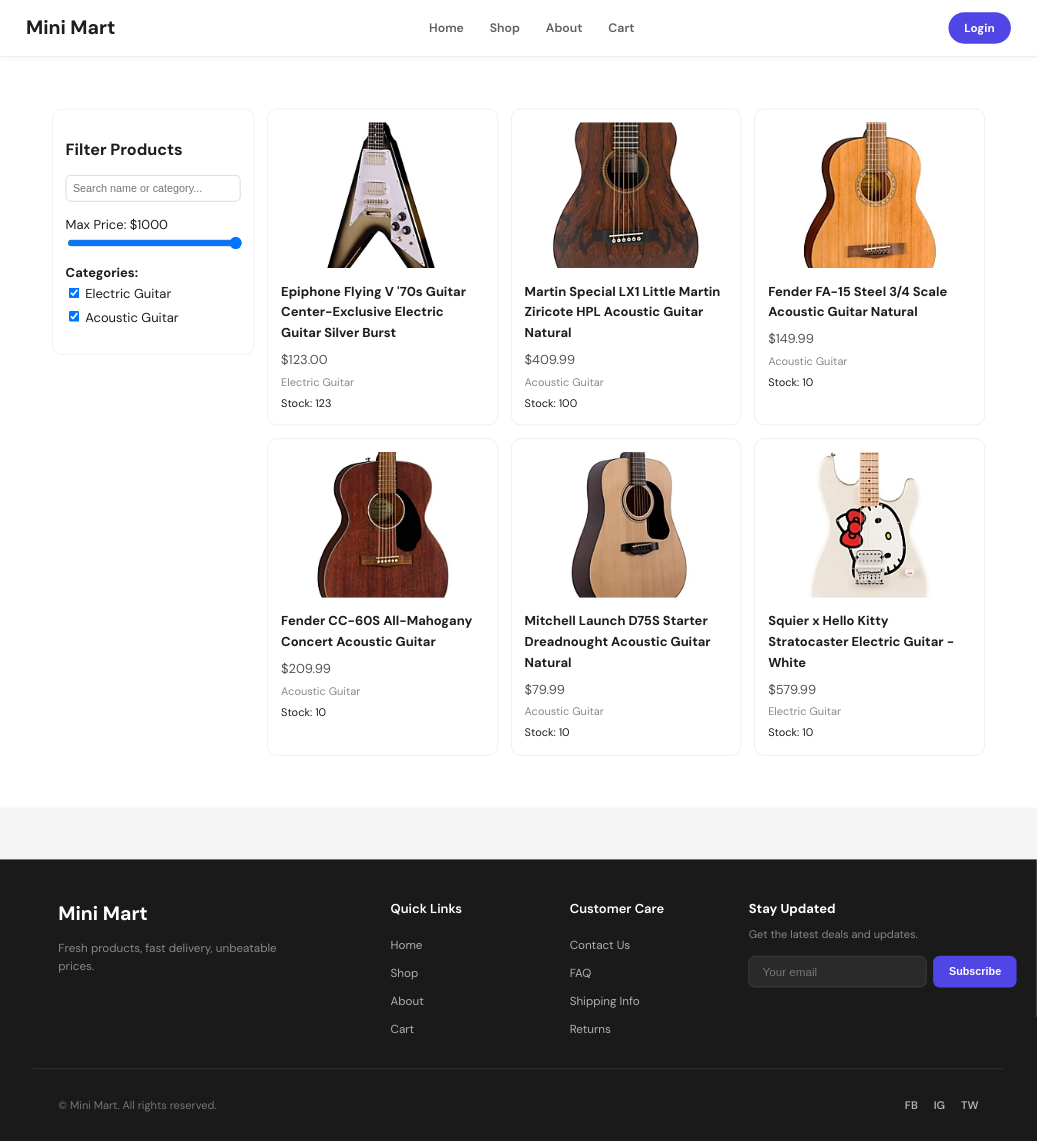
Repository: rywkoo/guitar-mart
Page: http://localhost/shop
An editor plug-in stored every save of this project. The page is shown before and after the next save, followed by the edit.
The browser window is 1280 px wide. The pictures show the whole page, at 81% of full size.
The page is served by the project's application, run on Flask 3 (app.py). Other server files are loaded and not shown. The page reads the database file committed with the project.

Above is the page before, as saved 2025-11-14 17:37:02.

### templates/shop.html
{% extends "base.html" %}
{% block title %}Shop{% endblock %}

{% block content %}
<div style="display:flex; gap:1rem; padding:2rem;">

  <!-- Sidebar -->
  <aside id="sidebar" style="width:250px; position:sticky; top:2rem; border:1px solid #e9ecef; padding:1rem; border-radius:12px; background:#fff; height:max-content;">
    <h2 style="font-size:1.25rem; margin-bottom:1rem;">Filter Products</h2>

    <!-- Search -->
    <input type="text" id="searchInput" placeholder="Search name or category..."
           style="width:100%; padding:.5rem; margin-bottom:1rem; border:1px solid #ced4da; border-radius:6px;">

    <!-- Price -->
    <label>Max Price: <span id="priceValue"></span></label>
    <input type="range" id="priceSlider" min="0" max="1000" step="1" value="1000" style="width:100%; margin-bottom:1rem;">

    <!-- Categories -->
    <div id="categoryFilters" style="margin-bottom:1rem;">
      <strong>Categories:</strong><br>
      <!-- dynamically filled -->
    </div>
  </aside>

  <!-- Product Grid -->
  <div id="productGrid" style="flex:1; display:grid; grid-template-columns:repeat(auto-fill,minmax(220px,1fr)); gap:1rem;">
    <!-- Product cards inserted here by JS -->
  </div>

</div>

{% endblock %}

{% block scripts %}
<script>
// ---------- GLOBALS ----------
let allProducts = [];
let allCategories = [];

// ---------- FETCH PRODUCTS ----------
async function fetchProducts() {
  const res = await fetch('/api/products');
  allProducts = await res.json();
  renderCategories();
  renderProducts();
}

// ---------- RENDER CATEGORY CHECKBOXES ----------
function renderCategories() {
  const container = document.getElementById('categoryFilters');
  const categoryMap = {};
  allProducts.forEach(p => {
    if (p.category_id && !categoryMap[p.category_id]) {
      categoryMap[p.category_id] = p.category_name;
    }
  });
  allCategories = Object.entries(categoryMap); // [[id, name], ...]

  container.innerHTML = '<strong>Categories:</strong><br>';
  allCategories.forEach(([id,name]) => {
    const idSafe = `cat-${id}`;
    container.innerHTML += `
      <label style="display:block; margin-bottom:.25rem;">
        <input type="checkbox" value="${id}" class="categoryCheckbox" checked> ${name}
      </label>
    `;
  });
}

// ---------- RENDER PRODUCTS ----------
function renderProducts() {
  const grid = document.getElementById('productGrid');
  const searchQuery = document.getElementById('searchInput').value.toLowerCase();
  const maxPrice = parseFloat(document.getElementById('priceSlider').value);
  const checkedCategories = Array.from(document.querySelectorAll('.categoryCheckbox:checked'))
                                 .map(c => parseInt(c.value));

  grid.innerHTML = '';

  allProducts.forEach(p => {
    const matchesSearch = p.name.toLowerCase().includes(searchQuery) ||
                          (p.category_name && p.category_name.toLowerCase().includes(searchQuery));
    const matchesPrice = p.price <= maxPrice;
    const matchesCategory = checkedCategories.length === 0 || checkedCategories.includes(p.category_id);

    if (matchesSearch && matchesPrice && matchesCategory) {
      const img = p.image ? `<img src="/static/images/${p.image}" style="width:100%;height:180px;object-fit:cover;border-radius:8px;margin-bottom:.5rem;">` : '';
      grid.innerHTML += `
        <div style="border:1px solid #e9ecef; border-radius:12px; padding:1rem; background:#fff;">
          ${img}
          <h3 style="font-size:1rem; margin:0 0 .5rem;">${p.name}</h3>
          <p style="margin:0 0 .25rem; color:#555;">$${p.price.toFixed(2)}</p>
          <p style="margin:0 0 .25rem; font-size:0.85rem; color:#888;">${p.category_name || 'No category'}</p>
          <p style="margin:0; font-size:0.85rem;">Stock: ${p.stock}</p>
        </div>
      `;
    }
  });
}

// ---------- EVENT LISTENERS ----------
document.getElementById('searchInput').addEventListener('input', renderProducts);
document.getElementById('priceSlider').addEventListener('input', () => {
  document.getElementById('priceValue').textContent = '$' + document.getElementById('priceSlider').value;
  renderProducts();
});
document.addEventListener('change', e => {
  if (e.target.classList.contains('categoryCheckbox')) renderProducts();
});

// ---------- INIT ----------
document.addEventListener('DOMContentLoaded', () => {
  document.getElementById('priceValue').textContent = '$' + document.getElementById('priceSlider').value;
  fetchProducts();
});
</script>
{% endblock %}

### app.py
# app.py
from flask import Flask, render_template
from extensions import db, migrate, jwt, mail
from config import Config
import os
from flask_cors import CORS

# Import blueprints
from routes.auth import auth_bp
from routes.products import products_bp
from routes.categories import categories_bp
from routes.cart import cart_bp
from routes.invoices import invoices_bp
from routes.admin import admin_bp
from routes.reset import reset_bp

app = Flask(__name__)
app.config.from_object(Config)
CORS(app)
# Ensure UPLOAD_FOLDER exists
app.config['UPLOAD_FOLDER'] = os.path.join(app.root_path, 'static', 'images')
os.makedirs(app.config['UPLOAD_FOLDER'], exist_ok=True)

# Initialize extensions
db.init_app(app)
migrate.init_app(app, db)
jwt.init_app(app)
mail.init_app(app)

# Register blueprints
app.register_blueprint(auth_bp, url_prefix="/api/auth")          # /api/auth/login
app.register_blueprint(categories_bp, url_prefix="/api/categories")
app.register_blueprint(cart_bp, url_prefix="/api/cart")
app.register_blueprint(invoices_bp, url_prefix="/api/invoices")
app.register_blueprint(admin_bp)                                 # /admin/dashboard
app.register_blueprint(reset_bp, url_prefix="/api/reset")
app.register_blueprint(products_bp)                              # <-- Public API /api/products

# Pages
@app.route("/")
def home_page():
    return render_template("home.html")

@app.route("/test-product")
def test_product():
    return render_template("test_product.html")

@app.route("/register-page")
def register_page():
    return render_template("register.html")

@app.route("/login")
def login_page():
    return render_template("login.html")

@app.route("/shop")
def shop():
    return render_template("shop.html")

@app.route("/admin/dashboard")
def dashboard_page():
    return render_template("admin/dashboard.html")  # JS will protect

@app.route("/reset-password")
def reset_password_page():
    return render_template("reset_password.html")

if __name__ == "__main__":
    app.run(debug=True)

### routes/products.py
# routes/products.py
from flask import Blueprint, jsonify, current_app
from models import Product, db
from werkzeug.utils import secure_filename
import os

products_bp = Blueprint("products", __name__, url_prefix="/api")

# Helper to save uploaded image
def save_image(image_file):
    if not image_file or not image_file.filename:
        return None
    filename = secure_filename(image_file.filename)
    filepath = os.path.join(current_app.config['UPLOAD_FOLDER'], filename)
    os.makedirs(os.path.dirname(filepath), exist_ok=True)
    image_file.save(filepath)
    return filename

# 1️⃣ GET all products (public)
@products_bp.route("/products", methods=["GET"], strict_slashes=False)
def get_all_products():
    products = Product.query.order_by(Product.id.desc()).all()
    return jsonify([
        {
            "id": p.id,
            "name": p.name,
            "price": float(p.price),
            "stock": p.stock,
            "category_id": p.category_id,
            "category_name": p.category.name if p.category else None,
            "image": p.image
        } for p in products
    ]), 200

# 2️⃣ GET single product (public)
@products_bp.route("/products/<int:product_id>", methods=["GET"], strict_slashes=False)
def get_product(product_id):
    p = Product.query.get_or_404(product_id)
    return jsonify({
        "id": p.id,
        "name": p.name,
        "price": float(p.price),
        "stock": p.stock,
        "category_id": p.category_id,
        "category_name": p.category.name if p.category else None,
        "image": p.image
    }), 200

### instance/mini_mart.db (the tables this page reads, as SQL)
CREATE TABLE category (
	id INTEGER NOT NULL, 
	name VARCHAR(100) NOT NULL, 
	description TEXT, 
	PRIMARY KEY (id), 
	UNIQUE (name)
);
INSERT INTO "category" VALUES
(1, 'Electric Guitar', 'Guitar'),
(2, 'Acoustic Guitar', 'asdfasdf');

CREATE TABLE product (
	id INTEGER NOT NULL, 
	name VARCHAR(100) NOT NULL, 
	price FLOAT NOT NULL, 
	stock INTEGER NOT NULL, 
	image VARCHAR(100), 
	category_id INTEGER NOT NULL, 
	PRIMARY KEY (id), 
	FOREIGN KEY(category_id) REFERENCES category (id)
);
INSERT INTO "product" VALUES
(2, 'Gibson Noel Gallagher Les Paul Standard Electric Guitar - Ebony', 2999.0, 10, 'M22580000001000-00-264x264.webp', 1),
(3, ' Squier x Hello Kitty Stratocaster Electric Guitar - White', 579.99, 10, 'M15190000002000-00-264x264.webp', 1),
(4, 'Gibson Les Paul Special Double-Cut Electric Guitar - TV Yellow', 1999.0, 10, 'M19488000001000-00-264x264.webp', 1),
(5, 'Mitchell Launch D75S Starter Dreadnought Acoustic Guitar Natural', 79.99, 10, 'M19758000001000-00-264x264.webp', 2),
(6, ' Fender CC-60S All-Mahogany Concert Acoustic Guitar', 209.99, 10, 'L84142000001000-00-264x264.webp', 2),
(7, ' Fender FA-15 Steel 3/4 Scale Acoustic Guitar Natural', 149.99, 10, 'L83870000001000-00-264x264.webp', 2),
(8, ' Martin Special LX1 Little Martin Ziricote HPL Acoustic Guitar Natural', 409.99, 100, 'M13884000001000-00-264x264.webp', 2),
(9, 'Epiphone Flying V ''70s Guitar Center-Exclusive Electric Guitar Silver Burst', 123.0, 123, 'M14333000001000-00-264x264.webp', 1);

Loaded but not shown: templates/base.html (611 lines, source omitted)

After the next save:
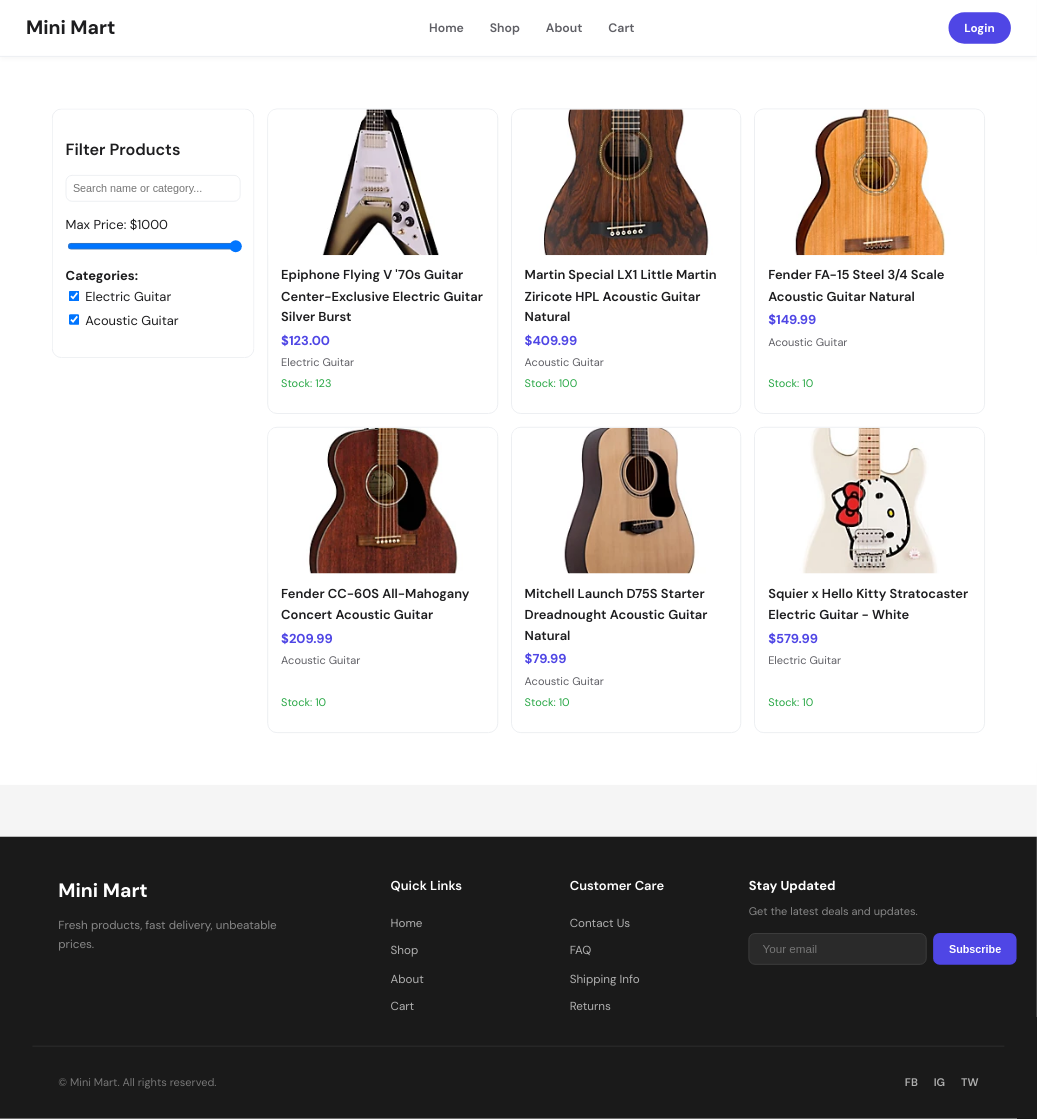
Saved 4 s later.
--- a/templates/shop.html
+++ b/templates/shop.html
@@ -2,18 +2,18 @@
 {% block title %}Shop{% endblock %}
 
 {% block content %}
-<div style="display:flex; gap:1rem; padding:2rem;">
+<div style="display:flex; gap:1rem; padding:2rem; flex-wrap:wrap;">
 
   <!-- Sidebar -->
-  <aside id="sidebar" style="width:250px; position:sticky; top:2rem; border:1px solid #e9ecef; padding:1rem; border-radius:12px; background:#fff; height:max-content;">
-    <h2 style="font-size:1.25rem; margin-bottom:1rem;">Filter Products</h2>
+  <aside id="sidebar" style="width:250px; position:sticky; top:calc(var(--navbar-height) + 1rem); border:1px solid var(--color-border); padding:1rem; border-radius:var(--radius-md); background:var(--color-bg); height:max-content;">
+    <h2 style="font-size:1.25rem; margin-bottom:1rem; font-weight:600;">Filter Products</h2>
 
     <!-- Search -->
     <input type="text" id="searchInput" placeholder="Search name or category..."
-           style="width:100%; padding:.5rem; margin-bottom:1rem; border:1px solid #ced4da; border-radius:6px;">
+           style="width:100%; padding:.5rem; margin-bottom:1rem; border:1px solid var(--color-border); border-radius:var(--radius-sm);">
 
     <!-- Price -->
-    <label>Max Price: <span id="priceValue"></span></label>
+    <label style="display:block; margin-bottom:.25rem;">Max Price: <span id="priceValue"></span></label>
     <input type="range" id="priceSlider" min="0" max="1000" step="1" value="1000" style="width:100%; margin-bottom:1rem;">
 
     <!-- Categories -->
@@ -29,7 +29,6 @@
   </div>
 
 </div>
-
 {% endblock %}
 
 {% block scripts %}
@@ -59,7 +58,6 @@
 
   container.innerHTML = '<strong>Categories:</strong><br>';
   allCategories.forEach(([id,name]) => {
-    const idSafe = `cat-${id}`;
     container.innerHTML += `
       <label style="display:block; margin-bottom:.25rem;">
         <input type="checkbox" value="${id}" class="categoryCheckbox" checked> ${name}
@@ -85,14 +83,18 @@
     const matchesCategory = checkedCategories.length === 0 || checkedCategories.includes(p.category_id);
 
     if (matchesSearch && matchesPrice && matchesCategory) {
-      const img = p.image ? `<img src="/static/images/${p.image}" style="width:100%;height:180px;object-fit:cover;border-radius:8px;margin-bottom:.5rem;">` : '';
+      const imgSrc = p.image ? `/static/images/${p.image}` : 'https://via.placeholder.com/220x180?text=No+Image';
       grid.innerHTML += `
-        <div style="border:1px solid #e9ecef; border-radius:12px; padding:1rem; background:#fff;">
-          ${img}
-          <h3 style="font-size:1rem; margin:0 0 .5rem;">${p.name}</h3>
-          <p style="margin:0 0 .25rem; color:#555;">$${p.price.toFixed(2)}</p>
-          <p style="margin:0 0 .25rem; font-size:0.85rem; color:#888;">${p.category_name || 'No category'}</p>
-          <p style="margin:0; font-size:0.85rem;">Stock: ${p.stock}</p>
+        <div style="border:1px solid var(--color-border); border-radius:var(--radius-md); overflow:hidden; background:var(--color-bg); display:flex; flex-direction:column; transition: var(--transition); cursor:pointer;">
+          <div style="height:180px; overflow:hidden;">
+            <img src="${imgSrc}" style="width:100%; height:100%; object-fit:cover; transition: var(--transition);" onmouseover="this.style.transform='scale(1.05)'" onmouseout="this.style.transform='scale(1)'">
+          </div>
+          <div style="padding:0.75rem 1rem; flex:1; display:flex; flex-direction:column;">
+            <h3 style="font-size:1rem; font-weight:600; margin:0 0 0.25rem; color:var(--color-text);">${p.name}</h3>
+            <p style="margin:0 0 0.25rem; font-weight:700; color:var(--color-primary);">$${p.price.toFixed(2)}</p>
+            <p style="margin:0 0 0.25rem; font-size:0.85rem; color:var(--color-text-muted);">${p.category_name || 'No category'}</p>
+            <p style="margin-top:auto; font-size:0.85rem; color:${p.stock>0 ? '#28a745' : '#ff4757'};">Stock: ${p.stock}</p>
+          </div>
         </div>
       `;
     }
